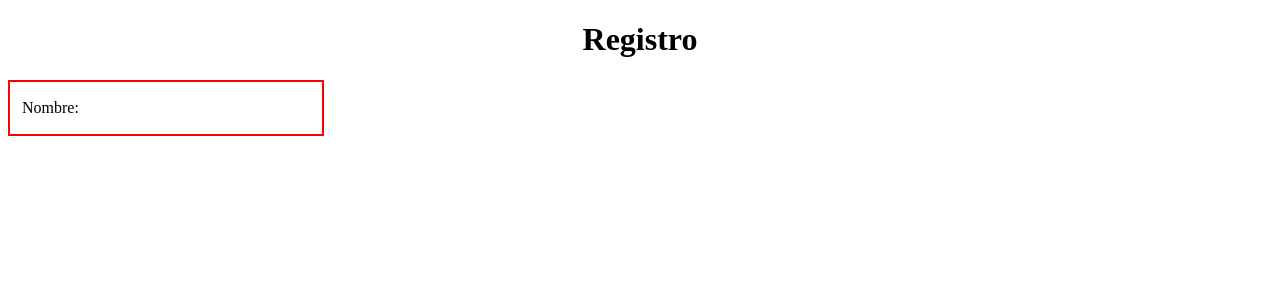
Repository: jchemile/varios
Page: pildoras_informaticas/javaee/Primeros_pasos_JSP/WebContent/Formuario_Login.html
These files come from the project's save history. The page is drawn as it stood at one moment and after the next save; the edit follows.
The browser window is 1280 px wide. The pictures show the whole page.

Above is the page before, as saved 2020-04-20 05:00:51.

After the next save:
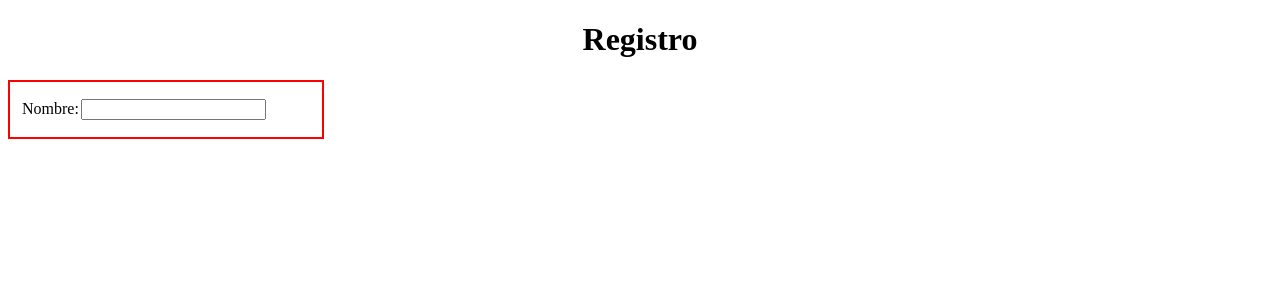
Saved 97 s later.
--- a/pildoras_informaticas/javaee/Primeros_pasos_JSP/WebContent/Formuario_Login.html
+++ b/pildoras_informaticas/javaee/Primeros_pasos_JSP/WebContent/Formuario_Login.html
@@ -28,7 +28,8 @@ td{
 <form action="" method = "get">
 	<table width="25%">
 	  <tr>
-		<td widht=13%><label for="nombre">Nombre: </label></td>
+		<td width="13%"><label for="nombre">Nombre: </label></td>
+		<td width="87%"><input type="text" name ="nombre" id = "nombre"></td>
 	  </tr>
 
 	</table>
